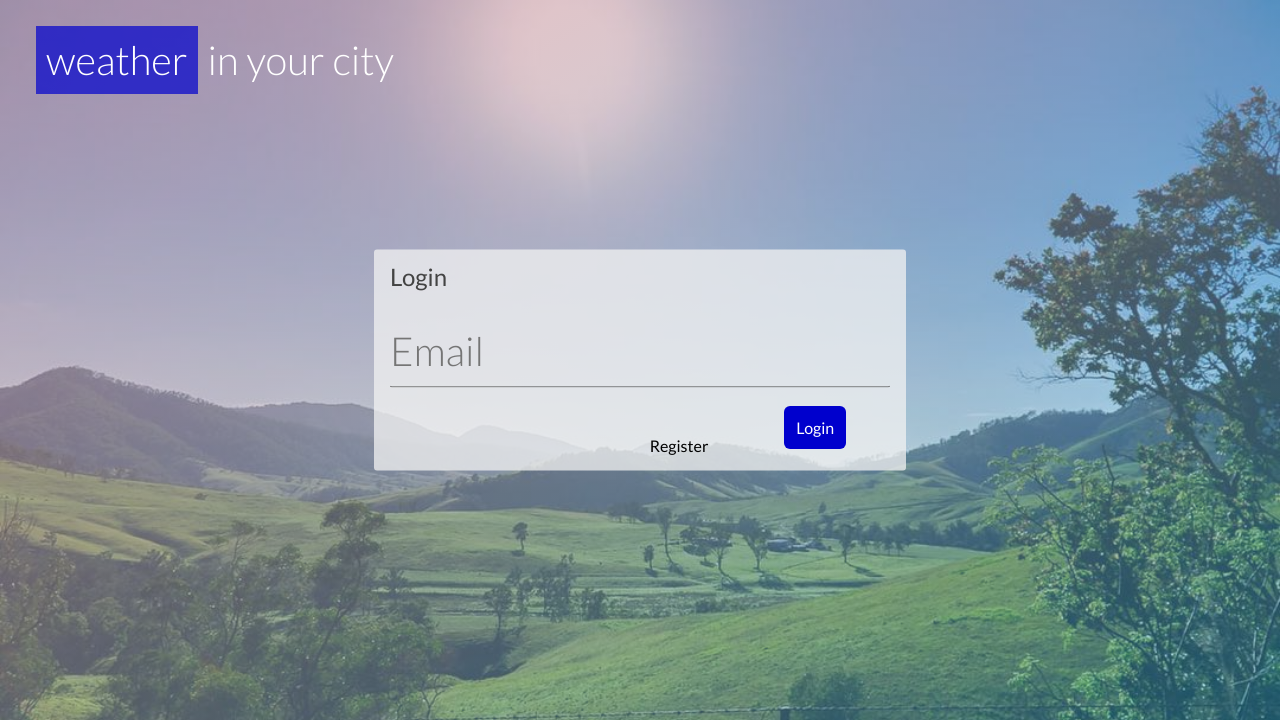
Repository: nosplashurinal/weather-app
Page: /, after clicking the first element matching `button.next`
An editor plug-in stored every save of this project. The page is shown before and after the next save, followed by the edit.
The browser window is 1280 px wide. The pictures show the whole page.
The project was rebuilt for these pictures with package versions that can differ from the ones it lists, and the page was loaded fresh each time. Also part of the build but not shown: src/components/RecentSearches.vue, src/components/Search.vue, src/components/WeatherDataBlock.vue.

Above is the page before, as saved 2018-12-31 17:12:52.

After the next save:
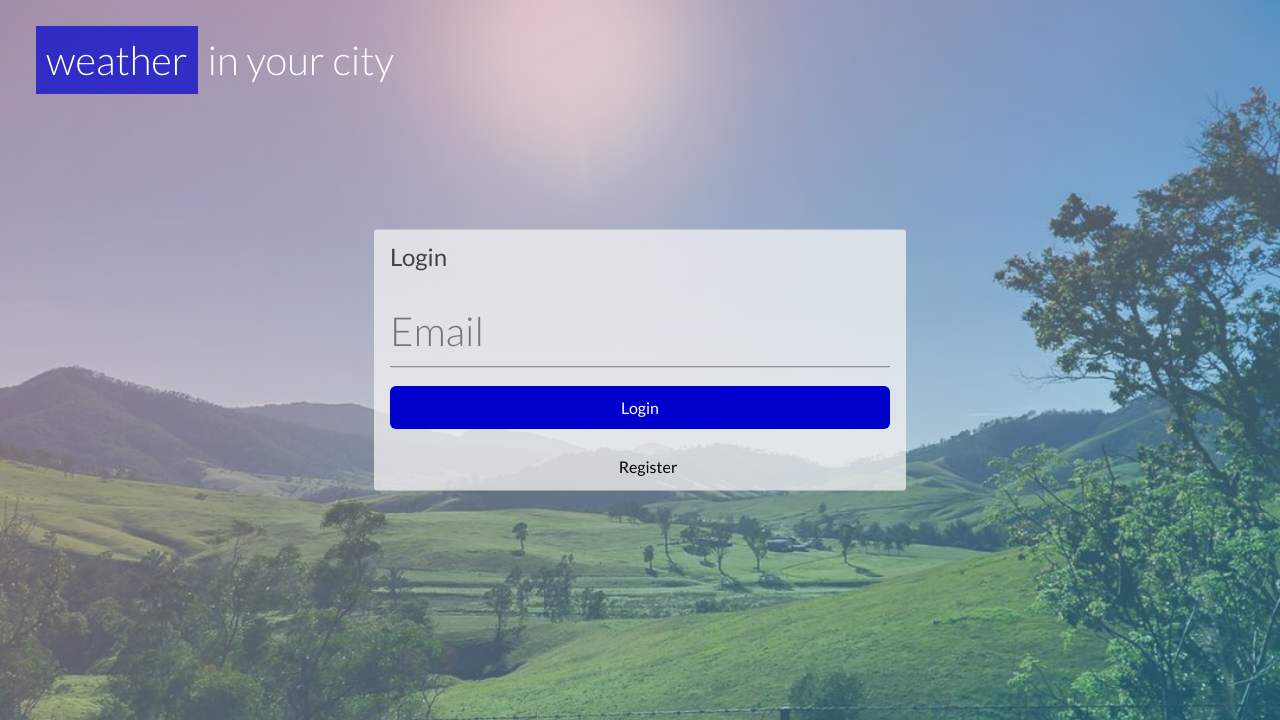
Saved 25 s later.
--- a/src/styles/login.scss
+++ b/src/styles/login.scss
@@ -59,8 +59,7 @@
       bottom: 0;
       display: flex;
       width: 100%;
-      justify-content: center;
-      flex-wrap: wrap;
+      flex-direction: column;
       .login {
         background: $blue;
         color: #fff;
